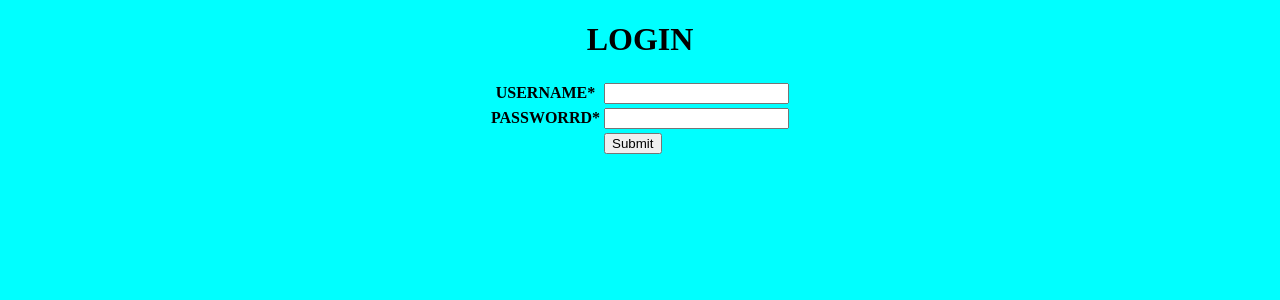
Repository: raviraj226/AdvanceJava
Page: http://localhost/Ravi_Maven/LogIn.jsp
An editor plug-in stored every save of this project. The page is shown before and after the next save, followed by the edit.
The browser window is 1280 px wide. The pictures show the whole page.
The page is served by Tomcat 9. Other server files are loaded and not shown.

Above is the page before, as saved 2022-03-11 10:19:20.

### Advance Java/Ravi_Maven/src/main/webapp/LogIn.jsp
<%@ page language="java" contentType="text/html; charset=ISO-8859-1"
	pageEncoding="ISO-8859-1"%>
<!DOCTYPE html>
<html>
<head>
<meta charset="ISO-8859-1">
<title>Login Page</title>
</head>
<body bgcolor="cyan">
	<form action="Submit.jsp" method="post">
		<table align="center">
			<h1 align="center">LOGIN</h1>
			<tr>
				<th>USERNAME*</th>
				<td><input type="text" name="user"></td>
			</tr>
			<tr>
				<th>PASSWORRD*</th>
				<td><input type="Password" name="pwd"></td>
			</tr>
			<tr>
				<th></th>
				<td><input type="SUBMIT" name="USER" value="Submit"></input></td>
			</tr>
		</table>
	</form>
</body>
</html>

After the next save:
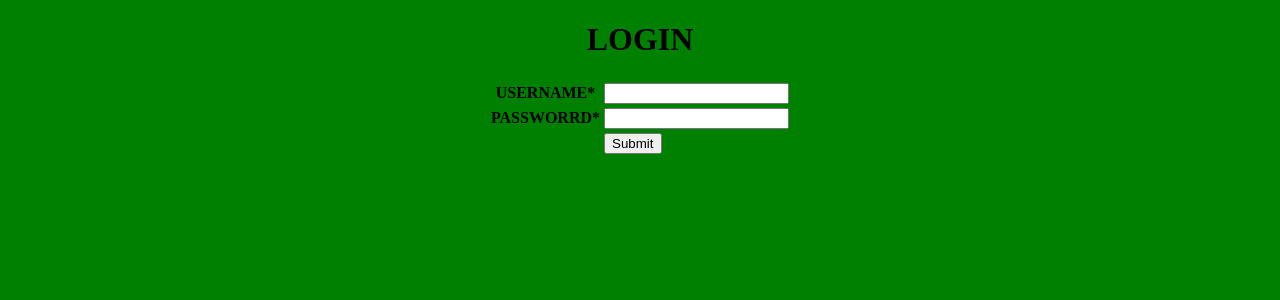
Saved 48 s later.
--- a/Advance Java/Ravi_Maven/src/main/webapp/LogIn.jsp
+++ b/Advance Java/Ravi_Maven/src/main/webapp/LogIn.jsp
@@ -6,7 +6,7 @@
 <meta charset="ISO-8859-1">
 <title>Login Page</title>
 </head>
-<body bgcolor="cyan">
+<body bgcolor="green">
 	<form action="Submit.jsp" method="post">
 		<table align="center">
 			<h1 align="center">LOGIN</h1>
